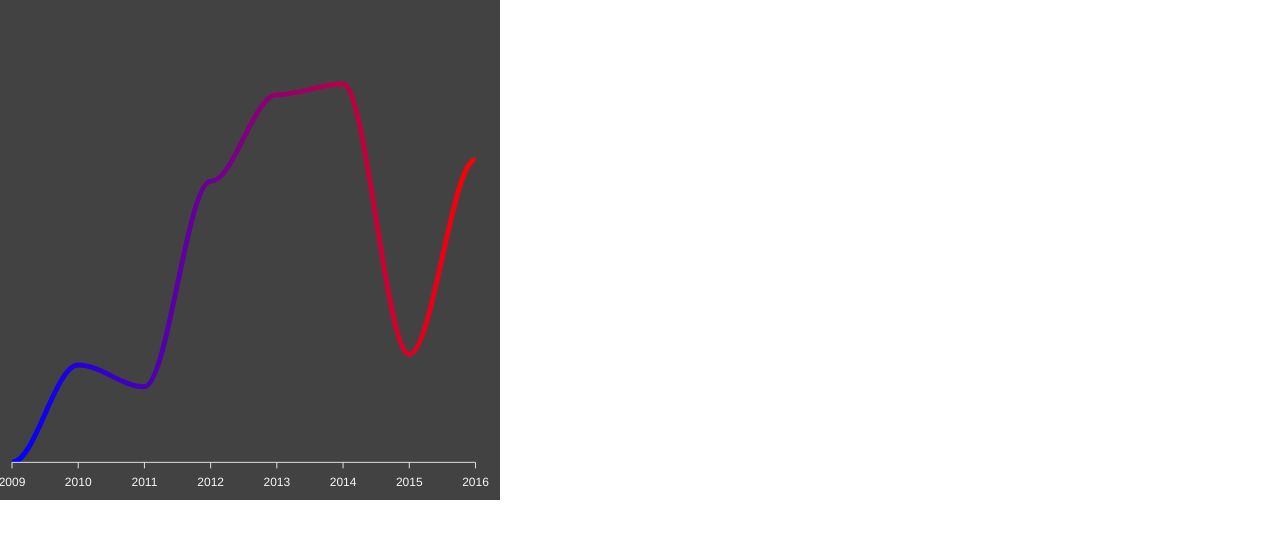
Repository: wanted-pre-onboarding-internship-1team/pre-onboarding-9th-3-1
Page: /
The author's editor kept a copy of each file at every save. The page is drawn from the files as they stood at one save, then again after the next save.
The browser window is 1280 px wide. The pictures show the whole page.
The project was rebuilt for these pictures with package versions that can differ from the ones it lists, and the page was loaded fresh each time.

Above is the page before, as saved 2023-03-15 00:25:32.

### public/index.html
<!DOCTYPE html>
<html lang="en">
  <head>
    <meta charset="utf-8" />
    <link rel="icon" href="%PUBLIC_URL%/favicon.ico" />
    <meta name="viewport" content="width=device-width, initial-scale=1" />
    <meta name="theme-color" content="#000000" />

    <title>React App</title>
  </head>

  <body>
    <div id="root"></div>
  </body>
</html>

### src/index.tsx
import App from './App';
import './index.css';
import React from 'react';
import ReactDOM from 'react-dom/client';
import { BrowserRouter } from 'react-router-dom';

const root = ReactDOM.createRoot(
  document.getElementById('root') as HTMLElement
);
root.render(
  <BrowserRouter>
    <App />
  </BrowserRouter>
);

### src/App.tsx
import Router from './router/router';
import { createGlobalStyle } from 'styled-components';
import reset from 'styled-reset';

const GlobalStyle = createGlobalStyle`
  ${reset}
`;

function App() {
  return (
    <>
      <GlobalStyle />
      <Router />
    </>
  );
}

export default App;

### src/router/router.tsx
import Mainpage from '../pages/Mainpage';
import React from 'react';
import { Route, Routes } from 'react-router-dom';

export default function router() {
  return (
    <Routes>
      <Route path='/' element={<Mainpage />} />
    </Routes>
  );
}

### src/pages/Mainpage.tsx
import { api } from '../apis';
import { GetMockResponse } from '../apis/types/mock';
import useMockList from '../hooks/useMockList';
import axios from 'axios';
import React, { useEffect, useState } from 'react';
import ApexCharts from 'react-apexcharts';

export default function Mainpage() {
  const test = useMockList();
  console.log(test);
  return (
    <div>
      <ApexCharts
        type='line'
        height='500'
        width='500'
        series={[
          {
            name: 'price',
            data: [10, 19, 17, 36, 44, 45, 20, 38],
          },
        ]}
        options={{
          theme: {
            mode: 'dark',
          },
          chart: {
            toolbar: {
              show: false,
            },
          },
          grid: { show: false },
          stroke: {
            curve: 'smooth',
            width: 5,
          },
          yaxis: {
            show: false,
          },
          xaxis: {
            categories: [2009, 2010, 2011, 2012, 2013, 2014, 2015, 2016],
          },
          fill: {
            type: 'gradient',
            gradient: { gradientToColors: ['blue'], stops: [0, 100] },
          },
          colors: ['red'],
        }}
      />
      {/* <ApexCharts
        height='500'
        width='1000'
        series={[
          {
            name: 'bar',
            type: 'column',
            data: test.barValueList,
          },
          {
            name: 'area',
            type: 'area',
            data: test.areaValueList,
          },
          {
            name: 'id',
            type: 'none',
            data: test.areaValueList,
          },
        ]}
        options={{
          stroke: {
            width: [0, 2, 5],
            curve: 'smooth',
          },
          dataLabels: {
            enabled: false,
          },
          yaxis: [
            {
              seriesName: 'area',
              axisTicks: {
                show: true,
              },
              axisBorder: {
                show: true,
              },
              title: {
                text: 'area1',
              },
            },
            {
              seriesName: 'bar',
              axisTicks: {
                show: true,
              },
              axisBorder: {
                show: true,
              },
              title: {
                text: 'bar',
              },
            },
          ],
          xaxis: {
            categories: test.timeList,
          },
          colors: ['#99C2A2', '#66C7F4', '#caa137'],
        }}
      /> */}
    </div>
  );
}

{
  /* <div>
<ApexCharts
  height='500'
  width='1000'
  series={[
    {
      name: 'TEAM A',
      type: 'column',
      data: test.areaValueList,
    },
  ]}
  options={{
    grid: {
      row: {
        colors: ['#f3f3f3', 'transparent'],
        opacity: 0.5,
      },
    },
    stroke: {
      width: [0, 2, 5],
      curve: 'smooth',
    },

    xaxis: {
      categories: test.timeList,
    },
    colors: ['red', 'blue'],
  }}
/>
</div> */
}

### src/hooks/useMockList.ts
import { api } from '../apis';
import { GetMockResponse } from '../apis/types/mock';
import { useEffect, useState } from 'react';

export default function useMockList() {
  const [originData, setOriginData] = useState<GetMockResponse['response']>();

  const dateList = originData ? Object.keys(originData) : [];

  const timeList = originData
    ? Object.keys(originData).map(time => time.split(' ')[1])
    : [];

  const idList = originData
    ? Object.entries(originData).map(entry => entry[1].id)
    : [];

  const barValueList = originData
    ? Object.entries(originData).map(entry => entry[1].value_bar)
    : [];

  const areaValueList = originData
    ? Object.entries(originData).map(entry => entry[1].value_area)
    : [];

  useEffect(() => {
    api.mock.getMockDatas().then(res => {
      const { data } = res;
      setOriginData(data.response);
    });
  }, []);

  return { timeList, dateList, idList, barValueList, areaValueList };
}

### src/apis/index.ts
import { instance } from './instance';
import MockService from './mockService';

const mockService = new MockService(instance);

export const api = { mock: mockService };

### src/apis/instance.ts
import axios, { AxiosInstance, AxiosRequestConfig, AxiosResponse } from 'axios';

interface CustomInstance extends AxiosInstance {
  get<T = unknown, R = AxiosResponse<T>, D = unknown>(
    url: string,
    config?: AxiosRequestConfig<D>
  ): Promise<R>;
}

const instance: CustomInstance = axios.create({
  baseURL: '/',
});

export { instance };

### src/apis/mockService.ts
import { instance } from './instance';
import { GetMockResponse } from './types/mock';

export default class MockService {
  constructor(private api: typeof instance) {}
  getMockDatas = async () => this.api.get<GetMockResponse>('data/mock.json');
}

### public/data/mock.json
{
  "type": "Flexsys Mock API",
  "version": 1.0,
  "response": {
    "2023-02-01 14:32:00": {
      "id": "성북구",
      "value_area": 46,
      "value_bar": 13111
    },
    "2023-02-01 14:32:05": {
      "id": "강남구",
      "value_area": 9,
      "value_bar": 19143
    },
    "2023-02-01 14:32:10": {
      "id": "노원구",
      "value_area": 79,
      "value_bar": 14798
    },
    "2023-02-01 14:32:15": {
      "id": "중랑구",
      "value_area": 4,
      "value_bar": 14456
    },
    "2023-02-01 14:32:20": {
      "id": "노원구",
      "value_area": 97,
      "value_bar": 19116
    },
    "2023-02-01 14:32:25": {
      "id": "성북구",
      "value_area": 66,
      "value_bar": 18098
    },
    "2023-02-01 14:32:30": {
      "id": "중랑구",
      "value_area": 84,
      "value_bar": 16243
    },
    "2023-02-01 14:32:35": {
      "id": "강남구",
      "value_area": 5,
      "value_bar": 13100
    },
    "2023-02-01 14:32:40": {
      "id": "성북구",
      "value_area": 13,
      "value_bar": 19429
    },
    "2023-02-01 14:32:45": {
      "id": "노원구",
      "value_area": 50,
      "value_bar": 14923
    },
    "2023-02-01 14:32:50": {
      "id": "강남구",
      "value_area": 24,
      "value_bar": 10127
    },
    "2023-02-01 14:32:55": {
      "id": "강남구",
      "value_area": 98,
      "value_bar": 12583
    },
    "2023-02-01 14:33:00": {
      "id": "중랑구",
      "value_area": 7,
      "value_bar": 12310
    },
    "2023-02-01 14:33:05": {
      "id": "중랑구",
      "value_area": 21,
      "value_bar": 15764
    },
    "2023-02-01 14:33:10": {
      "id": "강남구",
      "value_area": 67,
      "value_bar": 11060
    },
    "2023-02-01 14:33:15": {
      "id": "강남구",
      "value_area": 69,
      "value_bar": 14857
    },
    "2023-02-01 14:33:20": {
      "id": "노원구",
      "value_area": 86,
      "value_bar": 13995
    },
    "2023-02-01 14:33:25": {
      "id": "중랑구",
      "value_area": 59,
      "value_bar": 14773
    },
    "2023-02-01 14:33:30": {
      "id": "노원구",
      "value_area": 77,
      "value_bar": 18347
    },
    "2023-02-01 14:33:35": {
      "id": "성북구",
      "value_area": 77,
      "value_bar": 15970
    },
    "2023-02-01 14:33:40": {
      "id": "성북구",
      "value_area": 27,
      "value_bar": 18577
    },
    "2023-02-01 14:33:45": {
      "id": "성북구",
      "value_area": 33,
      "value_bar": 11704
    },
    "2023-02-01 14:33:50": {
      "id": "성북구",
      "value_area": 17,
      "value_bar": 17241
    },
    "2023-02-01 14:33:55": {
      "id": "노원구",
      "value_area": 22,
      "value_bar": 14450
    },
    "2023-02-01 14:34:00": {
      "id": "중랑구",
      "value_area": 27,
      "value_bar": 14970
    },
    "2023-02-01 14:34:05": {
      "id": "중랑구",
      "value_area": 99,
      "value_bar": 17906
    },
    "2023-02-01 14:34:10": {
      "id": "강남구",
      "value_area": 65,
      "value_bar": 11233
    },
    "2023-02-01 14:34:15": {
      "id": "노원구",
      "value_area": 38,
      "value_bar": 17306
    },
    "2023-02-01 14:34:20": {
      "id": "성북구",
      "value_area": 63,
      "value_bar": 14577
    },
    "2023-02-01 14:34:25": {
      "id": "중랑구",
      "value_area": 58,
      "value_bar": 13199
    },
    "2023-02-01 14:34:30": {
      "id": "중랑구",
      "value_area": 93,
      "value_bar": 12707
    },
    "2023-02-01 14:34:35": {
      "id": "강남구",
      "value_area": 74,
      "value_bar": 15064
    },
    "2023-02-01 14:34:40": {
      "id": "강남구",
      "value_area": 45,
      "value_bar": 16300
    },
    "2023-02-01 14:34:45": {
      "id": "성북구",
      "value_area": 7,
      "value_bar": 14605
    },
    "2023-02-01 14:34:50": {
      "id": "노원구",
      "value_area": 7,
      "value_bar": 15210
    },
    "2023-02-01 14:34:55": {
      "id": "성북구",
      "value_area": 89,
      "value_bar": 13578
    },
    "2023-02-01 14:35:00": {
      "id": "중랑구",
      "value_area": 37,
      "value_bar": 11298
    },
    "2023-02-01 14:35:05": {
      "id": "노원구",
      "value_area": 82,
      "value_bar": 15686
    },
    "2023-02-01 14:35:10": {
      "id": "중랑구",
      "value_area": 19,
      "value_bar": 11485
    },
    "2023-02-01 14:35:15": {
      "id": "성북구",
      "value_area": 37,
      "value_bar": 16848
    },
    "2023-02-01 14:35:20": {
      "id": "성북구",
      "value_area": 91,
      "value_bar": 18670
    },
    "2023-02-01 14:35:25": {
      "id": "강남구",
      "value_area": 44,
      "value_bar": 17165
    },
    "2023-02-01 14:35:30": {
      "id": "성북구",
      "value_area": 88,
      "value_bar": 15053
    },
    "2023-02-01 14:35:35": {
      "id": "성북구",
      "value_area": 1,
      "value_bar": 14998
    },
    "2023-02-01 14:35:40": {
      "id": "강남구",
      "value_area": 7,
      "value_bar": 17739
    },
    "2023-02-01 14:35:45": {
      "id": "중랑구",
      "value_area": 17,
      "value_bar": 19212
    },
    "2023-02-01 14:35:50": {
      "id": "노원구",
      "value_area": 73,
      "value_bar": 16757
    },
    "2023-02-01 14:35:55": {
      "id": "노원구",
      "value_area": 24,
      "value_bar": 12864
    },
    "2023-02-01 14:36:00": {
      "id": "노원구",
      "value_area": 99,
      "value_bar": 10178
    },
    "2023-02-01 14:36:05": {
      "id": "성북구",
      "value_area": 13,
      "value_bar": 19425
    },
    "2023-02-01 14:36:10": {
      "id": "강남구",
      "value_area": 2,
      "value_bar": 12455
    },
    "2023-02-01 14:36:15": {
      "id": "노원구",
      "value_area": 91,
      "value_bar": 16945
    },
    "2023-02-01 14:36:20": {
      "id": "성북구",
      "value_area": 10,
      "value_bar": 13734
    },
    "2023-02-01 14:36:25": {
      "id": "성북구",
      "value_area": 14,
      "value_bar": 13894
    },
    "2023-02-01 14:36:30": {
      "id": "중랑구",
      "value_area": 82,
      "value_bar": 19367
    },
    "2023-02-01 14:36:35": {
      "id": "중랑구",
      "value_area": 71,
      "value_bar": 15492
    },
    "2023-02-01 14:36:40": {
      "id": "강남구",
      "value_area": 2,
      "value_bar": 19082
    },
    "2023-02-01 14:36:45": {
      "id": "노원구",
      "value_area": 24,
      "value_bar": 13117
    },
    "2023-02-01 14:36:50": {
      "id": "노원구",
      "value_area": 96,
      "value_bar": 15744
    },
    "2023-02-01 14:36:55": {
      "id": "성북구",
      "value_area": 74,
      "value_bar": 15609
    },
    "2023-02-01 14:37:00": {
      "id": "노원구",
      "value_area": 48,
      "value_bar": 14747
    },
    "2023-02-01 14:37:05": {
      "id": "중랑구",
      "value_area": 34,
      "value_bar": 15331
    },
    "2023-02-01 14:37:10": {
      "id": "노원구",
      "value_area": 73,
      "value_bar": 12292
    },
    "2023-02-01 14:37:15": {
      "id": "강남구",
      "value_area": 77,
      "value_bar": 11454
    },
    "2023-02-01 14:37:20": {
      "id": "강남구",
      "value_area": 94,
      "value_bar": 12972
    },
    "2023-02-01 14:37:25": {
      "id": "성북구",
      "value_area": 29,
      "value_bar": 19279
    },
    "2023-02-01 14:37:30": {
      "id": "노원구",
      "value_area": 73,
      "value_bar": 18371
    },
    "2023-02-01 14:37:35": {
      "id": "노원구",
      "value_area": 50,
      "value_bar": 13317
    },
    "2023-02-01 14:37:40": {
      "id": "강남구",
      "value_area": 65,
      "value_bar": 18504
    },
    "2023-02-01 14:37:45": {
      "id": "성북구",
      "value_area": 87,
      "value_bar": 16196
    },
    "2023-02-01 14:37:50": {
      "id": "강남구",
      "value_area": 14,
      "value_bar": 19701
    },
    "2023-02-01 14:37:55": {
      "id": "중랑구",
      "value_area": 80,
      "value_bar": 14836
    },
    "2023-02-01 14:38:00": {
      "id": "노원구",
      "value_area": 14,
      "value_bar": 13074
    },
    "2023-02-01 14:38:05": {
      "id": "성북구",
      "value_area": 25,
      "value_bar": 18335
    },
    "2023-02-01 14:38:10": {
      "id": "중랑구",
      "value_area": 22,
      "value_bar": 15022
    },
    "2023-02-01 14:38:15": {
      "id": "노원구",
      "value_area": 6,
      "value_bar": 12043
    },
    "2023-02-01 14:38:20": {
      "id": "중랑구",
      "value_area": 88,
      "value_bar": 11144
    },
    "2023-02-01 14:38:25": {
      "id": "강남구",
      "value_area": 1,
      "value_bar": 17518
    },
    "2023-02-01 14:38:30": {
      "id": "노원구",
      "value_area": 90,
      "value_bar": 18643
    },
    "2023-02-01 14:38:35": {
      "id": "성북구",
      "value_area": 98,
      "value_bar": 18318
    },
    "2023-02-01 14:38:40": {
      "id": "중랑구",
      "value_area": 4,
      "value_bar": 10746
    },
    "2023-02-01 14:38:45": {
      "id": "강남구",
      "value_area": 43,
      "value_bar": 18806
    },
    "2023-02-01 14:38:50": {
      "id": "중랑구",
      "value_area": 43,
      "value_bar": 16209
    },
    "2023-02-01 14:38:55": {
      "id": "강남구",
      "value_area": 91,
      "value_bar": 14273
    },
    "2023-02-01 14:39:00": {
      "id": "성북구",
      "value_area": 31,
      "value_bar": 19193
    },
    "2023-02-01 14:39:05": {
      "id": "성북구",
      "value_area": 92,
      "value_bar": 19661
    },
    "2023-02-01 14:39:10": {
      "id": "노원구",
      "value_area": 20,
      "value_bar": 19574
    },
    "2023-02-01 14:39:15": {
      "id": "중랑구",
      "value_area": 72,
      "value_bar": 18963
    },
    "2023-02-01 14:39:20": {
      "id": "강남구",
      "value_area": 15,
      "value_bar": 13083
    },
    "2023-02-01 14:39:25": {
      "id": "성북구",
      "value_area": 34,
      "value_bar": 12868
    },
    "2023-02-01 14:39:30": {
      "id": "강남구",
      "value_area": 44,
      "value_bar": 10836
    },
    "2023-02-01 14:39:35": {
      "id": "중랑구",
      "value_area": 13,
      "value_bar": 14255
    },
    "2023-02-01 14:39:40": {
      "id": "노원구",
      "value_area": 35,
      "value_bar": 15437
    },
    "2023-02-01 14:39:45": {
      "id": "중랑구",
      "value_area": 95,
      "value_bar": 18426
    },
    "2023-02-01 14:39:50": {
      "id": "강남구",
      "value_area": 61,
      "value_bar": 11387
    },
    "2023-02-01 14:39:55": {
      "id": "성북구",
      "value_area": 18,
      "value_bar": 14312
    },
    "2023-02-01 14:40:00": {
      "id": "성북구",
      "value_area": 18,
      "value_bar": 18700
    },
    "2023-02-01 14:40:05": {
      "id": "중랑구",
      "value_area": 92,
      "value_bar": 18053
    },
    "2023-02-01 14:40:10": {
      "id": "강남구",
      "value_area": 75,
      "value_bar": 13460
    },
    "2023-02-01 14:40:15": {
      "id": "성북구",
      "value_area": 15,
      "value_bar": 14829
    }
  }
}

Loaded but not shown: src/index.css (common file)

After the next save:
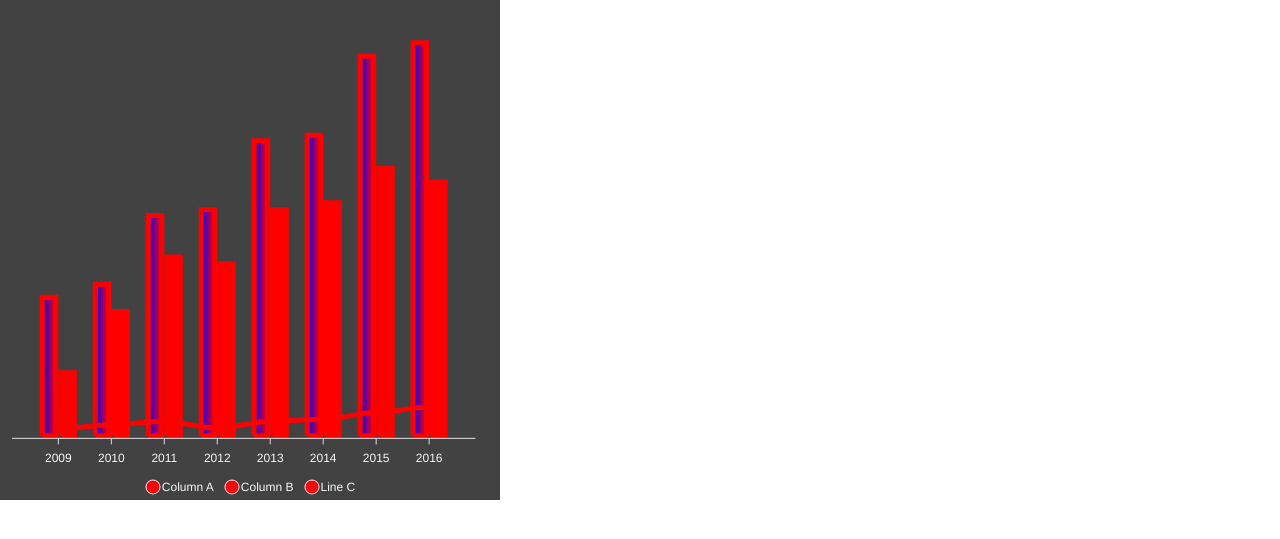
Saved 14 s later.
--- a/src/pages/Mainpage.tsx
+++ b/src/pages/Mainpage.tsx
@@ -16,8 +16,19 @@ export default function Mainpage() {
         width='500'
         series={[
           {
-            name: 'price',
-            data: [10, 19, 17, 36, 44, 45, 20, 38],
+            name: 'Column A',
+            type: 'column',
+            data: [21.1, 23, 33.1, 34, 44.1, 44.9, 56.5, 58.5],
+          },
+          {
+            name: 'Column B',
+            type: 'column',
+            data: [10, 19, 27, 26, 34, 35, 40, 38],
+          },
+          {
+            name: 'Line C',
+            type: 'line',
+            data: [1.4, 2, 2.5, 1.5, 2.5, 2.8, 3.8, 4.6],
           },
         ]}
         options={{
